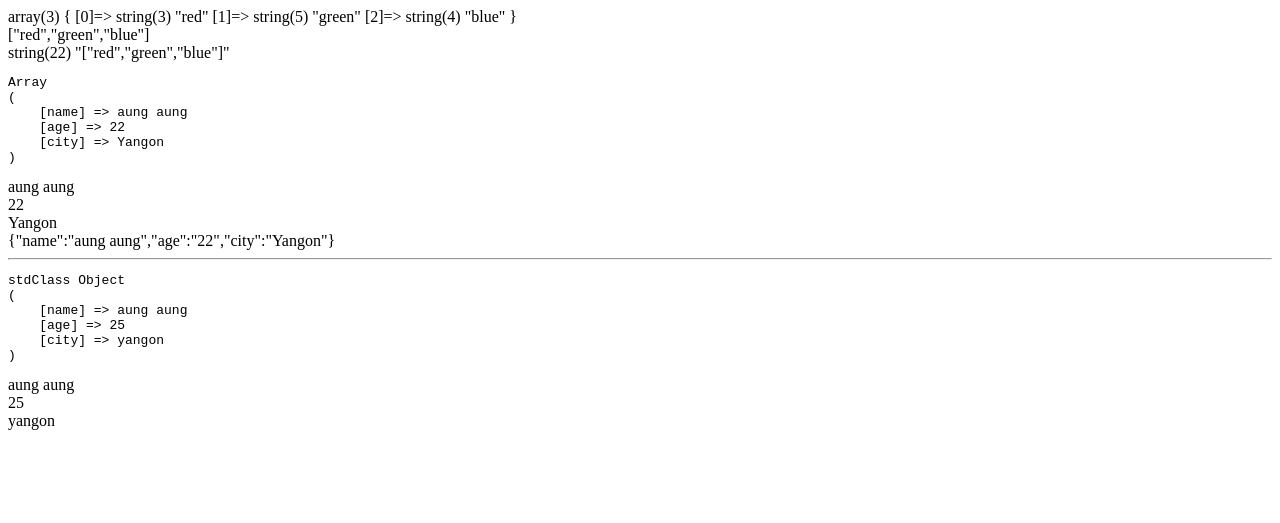
Repository: hsumyatm7308/PHP
Page: http://localhost/l37json.php
The author's editor kept a copy of each file at every save. The page is drawn from the files as they stood at one save, then again after the next save.
The browser window is 1280 px wide. The pictures show the whole page.
The page is run by PHP 8.4 with error messages shown; the project is at /var/www/html/.

Above is the page before, as saved 2023-05-12 17:11:45.

After the next save:
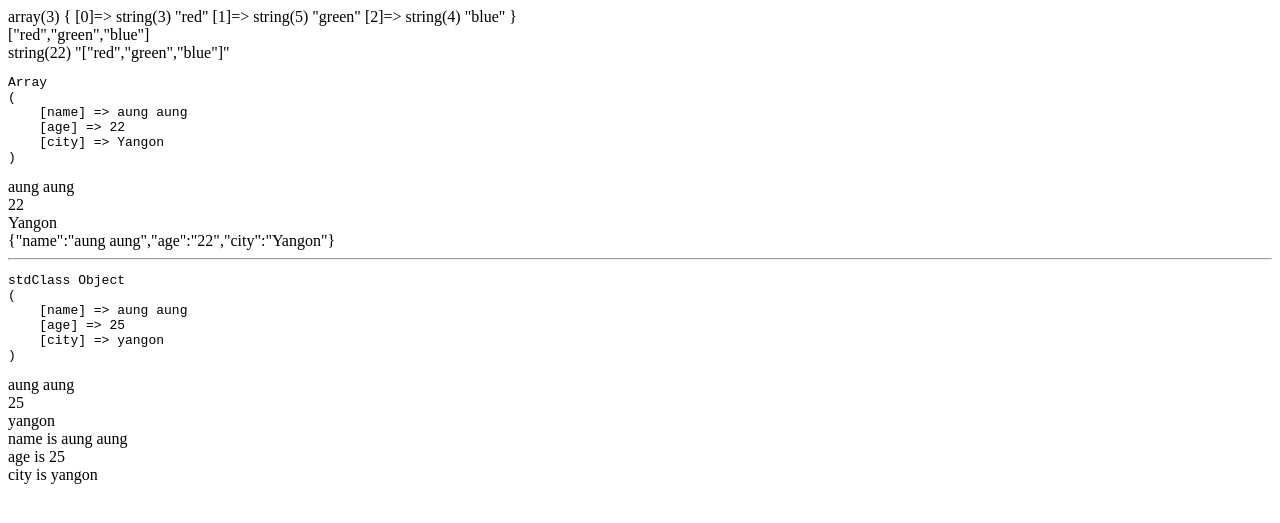
Saved 18 s later.
--- a/part1/l37json.php
+++ b/part1/l37json.php
@@ -47,7 +47,7 @@ echo $studentsde->age . "<br>";
 echo $studentsde->city . "<br>";
 
 foreach($studentsde as $key=>$value){
-
+    echo $key . " is " . $value . "<br>";
 }
 
 ?>
